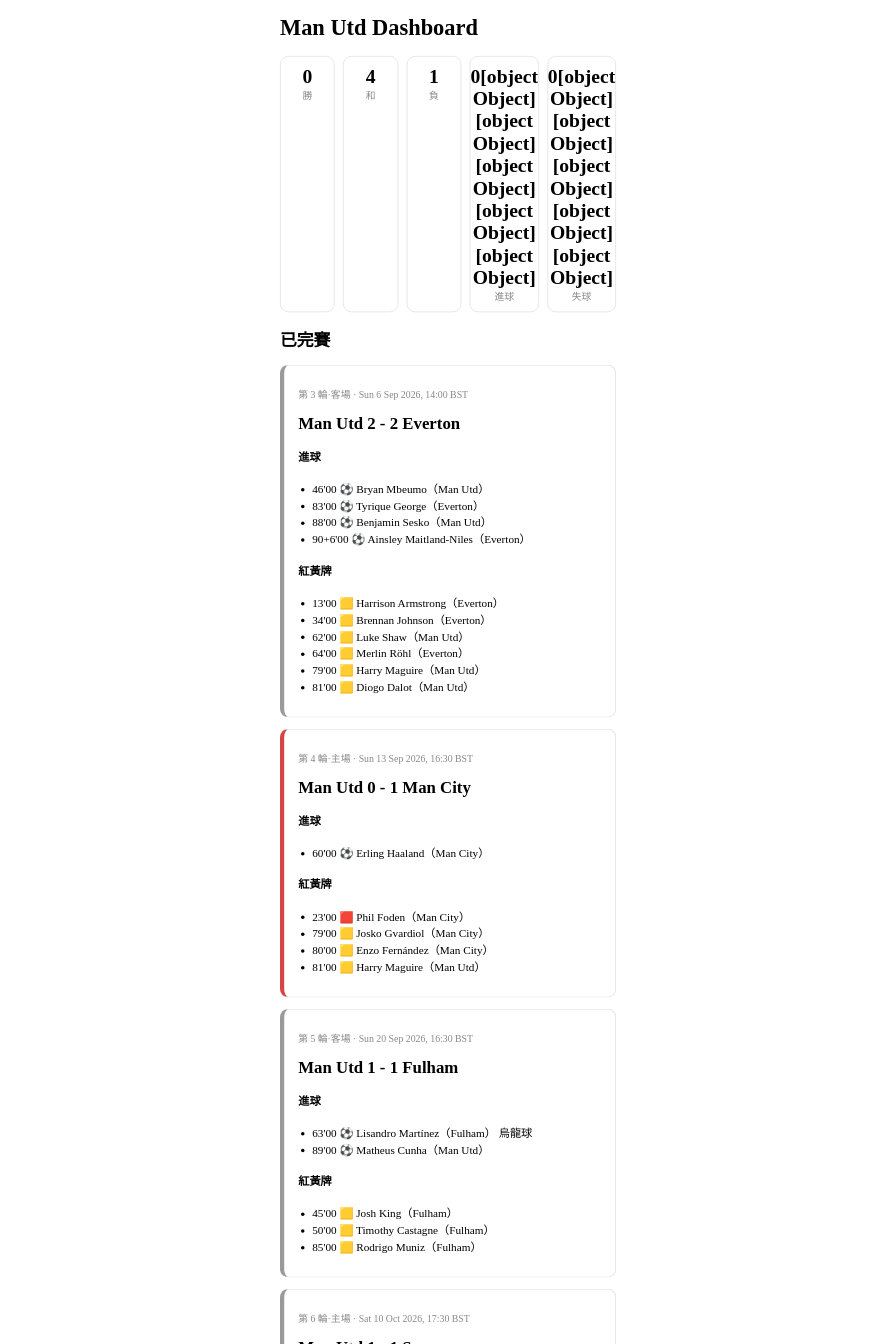
Repository: Chengyu0814/Premier-League-Dashboard
Page: / (app in frontend/)
An editor plug-in stored every save of this project. The page is shown before and after the next save, followed by the edit.
The browser window is 1280 px wide. The pictures show the part of the page from y = 0 to 1920 px (the page is 3296 px tall), at 70% of full size.
The project was rebuilt for these pictures with package versions that can differ from the ones it lists, and the page was loaded fresh each time. Also part of the build but not shown: frontend/vite.config.js.

Above is the page before, as saved 2026-10-26 16:32:27.

### frontend/src/App.jsx
import PremierLeague from'./PremierLeague.jsx';
import "./index.css";

function App() {

  return (
    <>
    <PremierLeague/>
    </>
)
}

export default App

### frontend/src/PremierLeague.jsx
import { useState, useEffect } from 'react'
import MatchCard from './MatchCard.jsx'
 import Summary from './Summary.jsx'

function PremierLeague() {

  const [matches, setMatches] = useState([])

  useEffect(() => {
    fetch('/man_utd_summary.json')
      .then((res) => res.json())
      .then((data) => {setMatches(data)})
    }, [])

  const finished = matches.filter((m) => m.status === 'C')
  const upcoming = matches.filter((m) => m.status === 'U')

  return (
    <div className="dashboard">
    <h1>Man Utd Dashboard</h1>
    <Summary matches={finished}/>
     <h2>已完賽</h2>
    {finished.map(
      (m) =>(<MatchCard key={m.gameweek} match={m} />)
    )}
    <h2>即將進行</h2>
    {upcoming.map((m) => <MatchCard key={m.gameweek} match={m} />)}
    </div>
)
}

export default PremierLeague

### frontend/src/index.css
.dashboard {
    max-width: 480px;
    margin: 0 auto;
    padding: 0 16px;
}

.match-card{
    border: 1px solid #ddd;
    border-radius: 12px;
    padding: 16px 20px;
    margin: 16px 0;
    max-width: 480px;
    text-align: left;
}

.match-card.result-W { border-left: 6px solid #2e9e5b; }
.match-card.result-D { border-left: 6px solid #9a9a9a; }
.match-card.result-L { border-left: 6px solid #d64545; }

.match-card .kickoff{
    color: #888;
    font-size: 14px;
}

.match-card ul{
    padding-left: 20px;
}

.summary {
    display: flex;
    gap: 12px;
    max-width: 480px;
}
.stat {
    flex: 1;
    border: 1px solid #ddd;
    border-radius: 12px;
    padding: 12px 0;
    text-align: center;
}
.stat-value {
    font-size: 28px;
    font-weight: bold;
}
.stat-label {
    color: #888;
    font-size: 14px;
}
.match-card.upcoming {
    border-style: dashed;
  }

### frontend/src/MatchCard.jsx
import { getSides, getResult } from './matchUtils.js'

const CARD_LABEL = { Y: '🟨', R: '🟥', YR: '🟨🟥' }

function MatchCard({ match }) {
  const { gameweek, kickoff, status, home, away, goals, cards } = match
  const { isHome, us, them } = getSides(match)
  const venue = isHome ? '主場' : '客場'

  if (status !== 'C') {
  return (
    <div className="match-card upcoming">
      <p className="kickoff">第 {gameweek} 輪·{venue}·{kickoff}</p>
      <h2>{us.team} vs {them.team}</h2>
    </div>
  )
  }
  const { result } = getResult(match)
  return (
  <div className={`match-card result-${result}`}>
    <p className="kickoff">第 {gameweek} 輪·{venue} · {kickoff}</p>
    <h2>{us.team} {us.score} - {them.score} {them.team}</h2>

    <h4>進球</h4>
    <ul>
    {goals.map((g, i) => (
      <li key={i}>
        {g.time} ⚽ {g.player}（{g.team}）
        {g.type === 'O' && ' 烏龍球'}
        {g.type === 'P' && ' 點球'}
      </li>
      ))}

    </ul>
    <h4>紅黃牌</h4>
    <ul>
      {cards.map((c, i) => (
        <li key={i}>
          {c.time} {CARD_LABEL[c.card]} {c.player}（{c.team}）
        </li>
    ))}
    </ul>
  </div>
  )
}

export default MatchCard

### frontend/src/Summary.jsx
import { getResult } from './matchUtils.js'

function Summary({ matches }) {
    let win = 0, draw = 0, loss = 0, goalsFor = 0, goalsAgainst = 0

    for (const m of matches) {

        const {us, them, result} = getResult(m)

        goalsFor += us
        goalsAgainst += them
        if (result==="W") win++
        else if (result==="D") draw++
        else loss++
    }

    const stats = [
        { label: '勝', value: win },
        { label: '和', value: draw },
        { label: '負', value: loss },
        { label: '進球', value: goalsFor },
        { label: '失球', value: goalsAgainst }
    ]

    return (
    <div className="summary">
        {stats.map((s) => (
        <div key={s.label} className="stat">
            <div className="stat-value">{s.value}</div>
            <div className="stat-label">{s.label}</div>
        </div>
        ))}
    </div>
    )
}

export default Summary

### frontend/src/matchUtils.js
export const TEAM = 'Man Utd'

export function getSides(match) {
    const isHome = match.home.team === TEAM
    const us = isHome ? match.home : match.away
    const them = isHome ? match.away : match.home
    return { isHome, us, them }
}

export function getResult(match) {
    const { us, them } = getSides(match)

    let result = 'D'
    if (us.score > them.score) result = 'W'
    else if (us.score < them.score) result = 'L'

    return { us, them, result }
}

### frontend/public/man_utd_summary.json
[
  {
    "gameweek": 3,
    "kickoff": "Sun 6 Sep 2026, 14:00 BST",
    "status": "C",
    "home": {
      "team": "Everton",
      "score": 2
    },
    "away": {
      "team": "Man Utd",
      "score": 2
    },
    "goals": [
      {
        "time": "46'00",
        "team": "Man Utd",
        "player": "Bryan Mbeumo",
        "type": "G"
      },
      {
        "time": "83'00",
        "team": "Everton",
        "player": "Tyrique George",
        "type": "G"
      },
      {
        "time": "88'00",
        "team": "Man Utd",
        "player": "Benjamin Sesko",
        "type": "G"
      },
      {
        "time": "90+6'00",
        "team": "Everton",
        "player": "Ainsley Maitland-Niles",
        "type": "G"
      }
    ],
    "cards": [
      {
        "time": "13'00",
        "team": "Everton",
        "player": "Harrison Armstrong",
        "card": "Y"
      },
      {
        "time": "34'00",
        "team": "Everton",
        "player": "Brennan Johnson",
        "card": "Y"
      },
      {
        "time": "62'00",
        "team": "Man Utd",
        "player": "Luke Shaw",
        "card": "Y"
      },
      {
        "time": "64'00",
        "team": "Everton",
        "player": "Merlin Röhl",
        "card": "Y"
      },
      {
        "time": "79'00",
        "team": "Man Utd",
        "player": "Harry Maguire",
        "card": "Y"
      },
      {
        "time": "81'00",
        "team": "Man Utd",
        "player": "Diogo Dalot",
        "card": "Y"
      }
    ]
  },
  {
    "gameweek": 4,
    "kickoff": "Sun 13 Sep 2026, 16:30 BST",
    "status": "C",
    "home": {
      "team": "Man Utd",
      "score": 0
    },
    "away": {
      "team": "Man City",
      "score": 1
    },
    "goals": [
      {
        "time": "60'00",
        "team": "Man City",
        "player": "Erling Haaland",
        "type": "G"
      }
    ],
    "cards": [
      {
        "time": "23'00",
        "team": "Man City",
        "player": "Phil Foden",
        "card": "R"
      },
      {
        "time": "79'00",
        "team": "Man City",
        "player": "Josko Gvardiol",
        "card": "Y"
      },
      {
        "time": "80'00",
        "team": "Man City",
        "player": "Enzo Fernández",
        "card": "Y"
      },
      {
        "time": "81'00",
        "team": "Man Utd",
        "player": "Harry Maguire",
        "card": "Y"
      }
    ]
  },
  {
    "gameweek": 5,
    "kickoff": "Sun 20 Sep 2026, 16:30 BST",
    "status": "C",
    "home": {
      "team": "Fulham",
      "score": 1
    },
    "away": {
      "team": "Man Utd",
      "score": 1
    },
    "goals": [
      {
        "time": "63'00",
        "team": "Fulham",
        "player": "Lisandro Martínez",
        "type": "O"
      },
      {
        "time": "89'00",
        "team": "Man Utd",
        "player": "Matheus Cunha",
        "type": "G"
      }
    ],
    "cards": [
      {
        "time": "45'00",
        "team": "Fulham",
        "player": "Josh King",
        "card": "Y"
      },
      {
        "time": "50'00",
        "team": "Fulham",
        "player": "Timothy Castagne",
        "card": "Y"
      },
      {
        "time": "85'00",
        "team": "Fulham",
        "player": "Rodrigo Muniz",
        "card": "Y"
      }
    ]
  },
  {
    "gameweek": 6,
    "kickoff": "Sat 10 Oct 2026, 17:30 BST",
    "status": "C",
    "home": {
      "team": "Man Utd",
      "score": 1
    },
    "away": {
      "team": "Spurs",
      "score": 1
    },
    "goals": [
      {
        "time": "73'00",
        "team": "Man Utd",
        "player": "Bryan Mbeumo",
        "type": "G"
      },
      {
        "time": "90+2'00",
        "team": "Spurs",
        "player": "Dominic Solanke",
        "type": "G"
      }
    ],
    "cards": [
      {
        "time": "04'00",
        "team": "Spurs",
        "player": "Conor Gallagher",
        "card": "Y"
      },
      {
        "time": "78'00",
        "team": "Spurs",
        "player": "Rodrigo Bentancur",
        "card": "R"
      },
      {
        "time": "78'00",
        "team": "Spurs",
        "player": "Jan Paul van Hecke",
        "card": "Y"
      },
      {
        "time": "78'00",
        "team": "Man Utd",
        "player": "Luke Shaw",
        "card": "Y"
      },
      {
        "time": "84'00",
        "team": "Man Utd",
        "player": "Bruno Fernandes",
        "card": "Y"
      },
      {
        "time": "87'00",
        "team": "Man Utd",
        "player": "Lisandro Martínez",
        "card": "Y"
      },
      {
        "time": "90+6'00",
        "team": "Man Utd",
        "player": "Diogo Dalot",
        "card": "Y"
      },
      {
        "time": "90+8'00",
        "team": "Spurs",
        "player": "Archie Gray",
        "card": "Y"
      }
    ]
  },
  {
    "gameweek": 7,
    "kickoff": "Sun 18 Oct 2026, 14:00 BST",
    "status": "C",
    "home": {
      "team": "Leeds",
      "score": 1
    },
    "away": {
      "team": "Man Utd",
      "score": 1
    },
    "goals": [
      {
        "time": "35'00",
        "team": "Man Utd",
        "player": "Bryan Mbeumo",
        "type": "G"
      },
      {
        "time": "51'00",
        "team": "Leeds",
        "player": "Dominic Calvert-Lewin",
        "type": "G"
      }
    ],
    "cards": [
      {
        "time": "17'00",
        "team": "Man Utd",
        "player": "Bruno Fernandes",
        "card": "Y"
      },
      {
        "time": "19'00",
        "team": "Leeds",
        "player": "Gabriel Gudmundsson",
        "card": "Y"
      },
      {
        "time": "90+2'00",
        "team": "Man Utd",
        "player": "Andrey Santos",
        "card": "Y"
      },
      {
        "time": "90+2'00",
        "team": "Leeds",
        "player": "Ethan Ampadu",
        "card": "Y"
      }
    ]
  },
  {
    "gameweek": 8,
    "kickoff": "Sun 25 Oct 2026, 14:00 GMT",
    "status": "U",
    "home": {
      "team": "Man Utd",
      "score": null
    },
    "away": {
      "team": "Bournemouth",
      "score": null
    },
    "goals": [],
    "cards": []
  },
  {
    "gameweek": 9,
    "kickoff": "Sat 31 Oct 2026, 12:30 GMT",
    "status": "U",
    "home": {
      "team": "Chelsea",
      "score": null
    },
    "away": {
      "team": "Man Utd",
      "score": null
    },
    "goals": [],
    "cards": []
  },
  {
    "gameweek": 10,
    "kickoff": "Sun 8 Nov 2026, 16:30 GMT",
    "status": "U",
    "home": {
      "team": "Man Utd",
      "score": null
    },
    "away": {
      "team": "Aston Villa",
      "score": null
    },
    "goals": [],
    "cards": []
  }
]

Loaded but not shown: frontend/index.html (common file); frontend/src/main.jsx (common file)

After the next save:
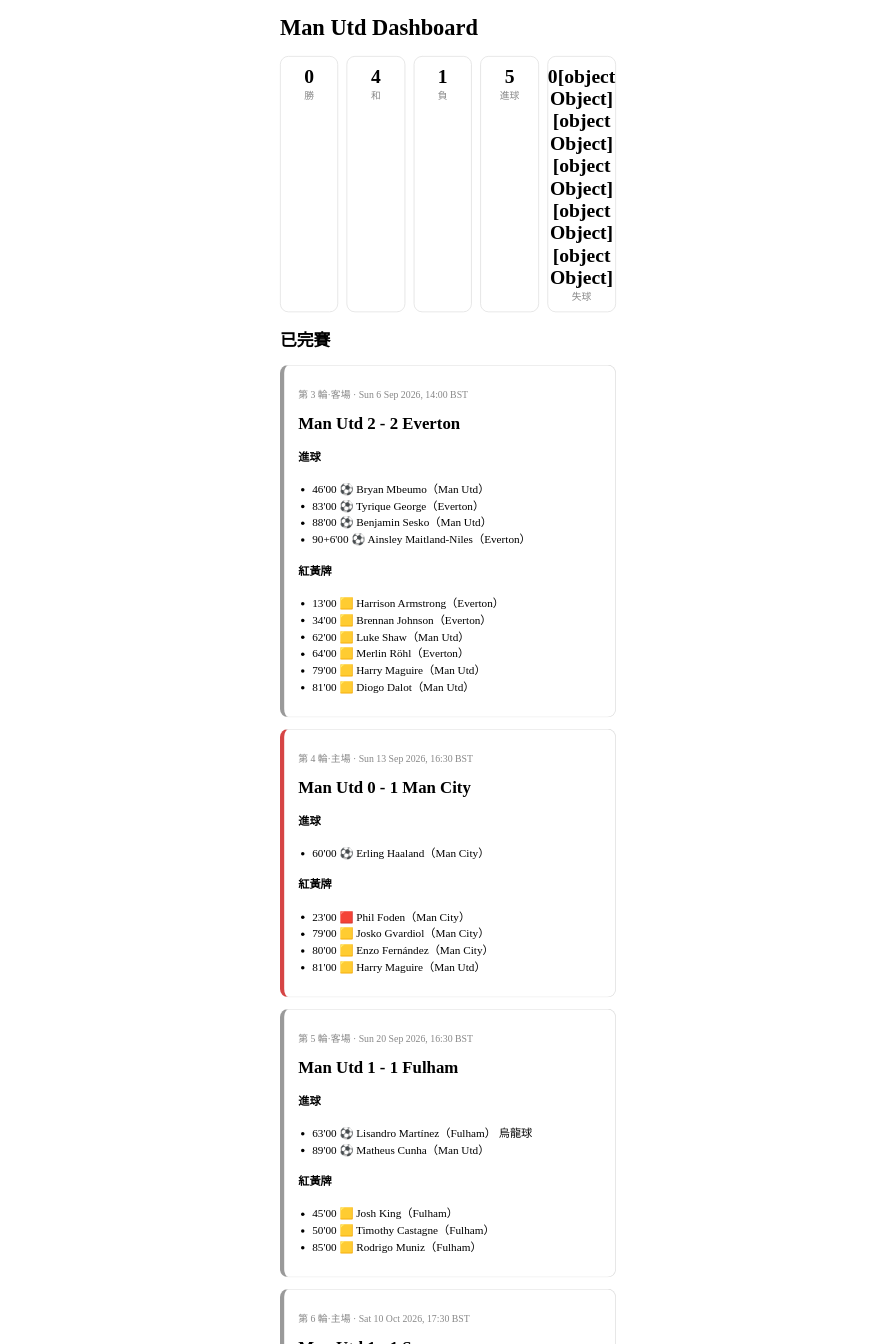
Saved 18 s later.
--- a/frontend/src/Summary.jsx
+++ b/frontend/src/Summary.jsx
@@ -7,7 +7,7 @@
 
         const {us, them, result} = getResult(m)
 
-        goalsFor += us
+        goalsFor += us.score
         goalsAgainst += them
         if (result==="W") win++
         else if (result==="D") draw++
